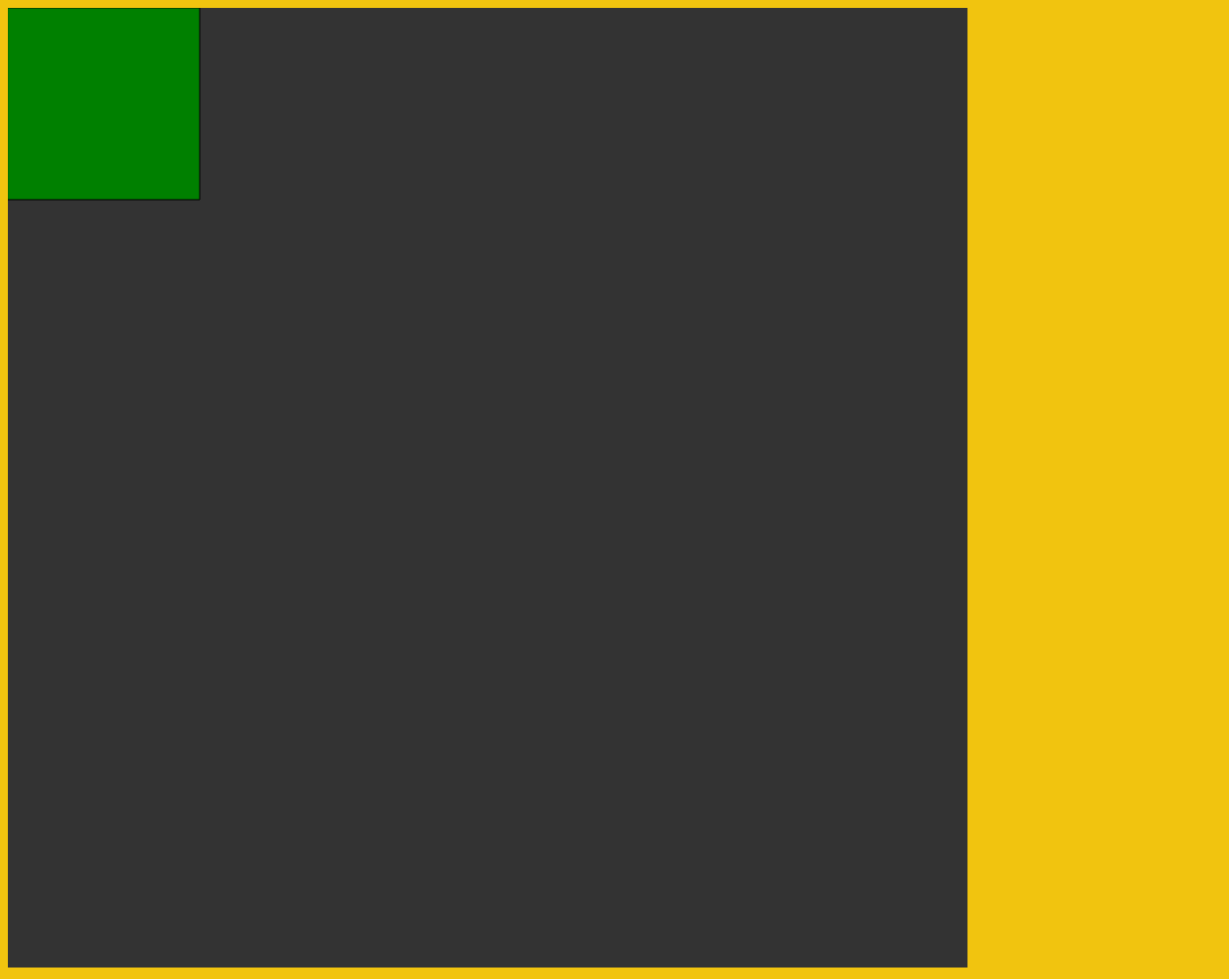
Repository: animarcus/graphing-app
Page: index.html
These files come from the project's save history. The page is drawn as it stood at one moment and after the next save; the edit follows.
The browser window is 1280 px wide. The pictures show the whole page, at 96% of full size.
Some web libraries are served in a nearby version.

Above is the page before, as saved 2020-09-21 22:48:41.

After the next save:
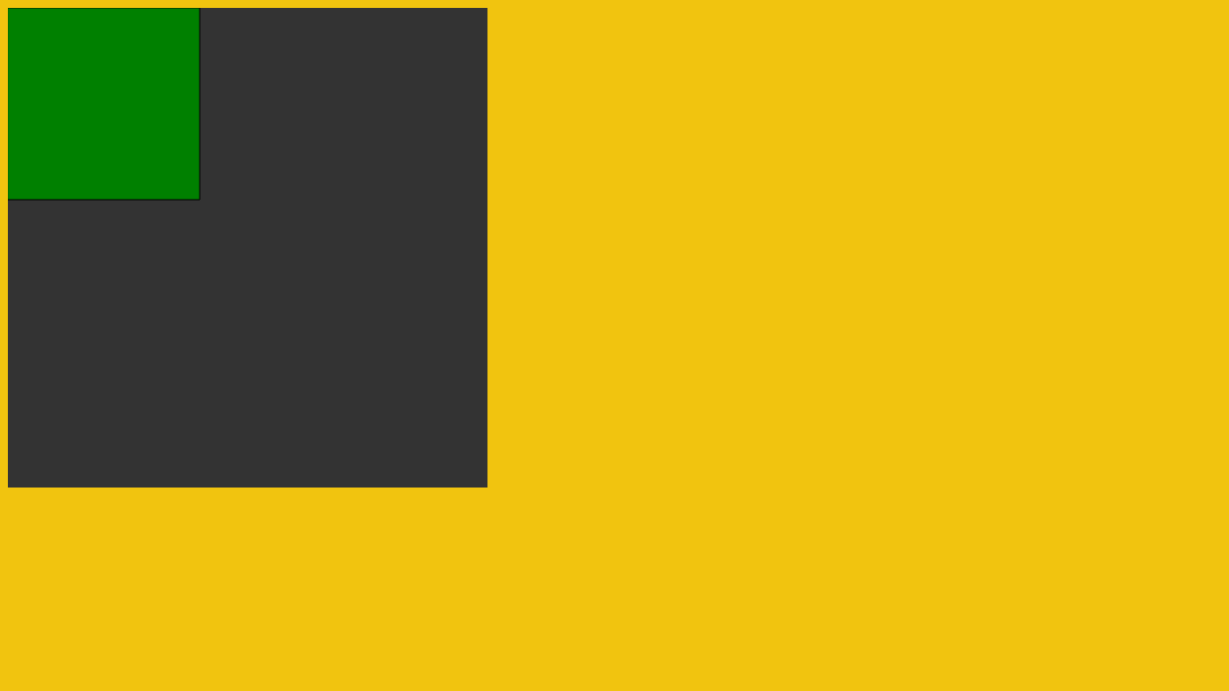
Saved 8 s later.
--- a/js/sketch.js
+++ b/js/sketch.js
@@ -1,5 +1,5 @@
 function setup() {
-  createCanvas(1000,1000);
+  createCanvas(500,500);
 
 }
 
